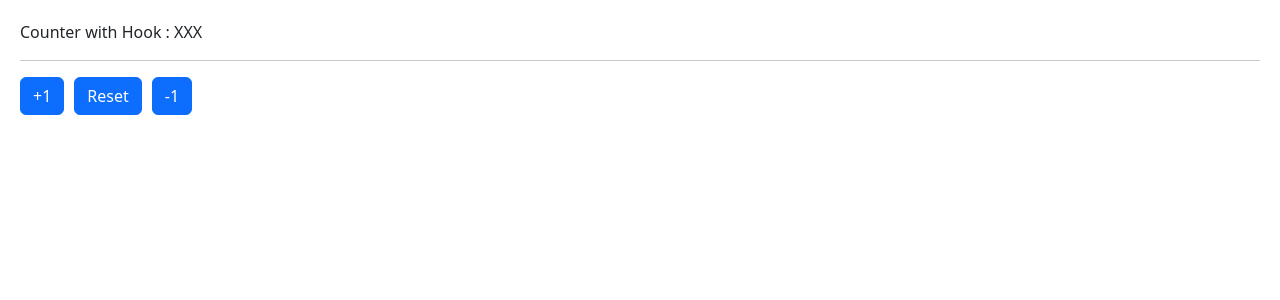
Repository: bryanesteban/hooks-App
Page: /
The author's editor kept a copy of each file at every save. The page is drawn from the files as they stood at one save, then again after the next save.
The browser window is 1280 px wide. The pictures show the whole page.
The project was rebuilt for these pictures with package versions that can differ from the ones it lists, and the page was loaded fresh each time. Also part of the build but not shown: vite.config.js, src/HooksApp.jsx, src/01-useState/CounterApp.jsx.

Above is the page before, as saved 2024-06-26 15:25:25.

### src/main.jsx
import React from 'react'
import ReactDOM from 'react-dom/client'
import './index.css'
import { HooksApp } from './HooksApp'
import { CounterApp } from './01-useState/CounterApp'
import { CounterWithCustomHook } from './01-useState/CounterWithCustomHook'

ReactDOM.createRoot(document.getElementById('root')).render(
  <React.StrictMode>
    <CounterWithCustomHook />
  </React.StrictMode>
)

### src/01-useState/CounterWithCustomHook.jsx



export const CounterWithCustomHook = () => {





  return (
    <>
    <div>Counter with Hook : XXX</div>
    <hr/>

    <button className="btn btn-primary">+1</button>
    <button className="btn btn-primary">Reset</button>
    <button className="btn btn-primary">-1</button>
    </>

  )
}

### src/01-useState/useCounter.jsx
import { useState } from "react"

export const useCounter = (initialValue = 10 ) => {

    const [Counter, setCounter] = useState(initialValue);




    return {
        counter,
    }

}

Loaded but not shown: index.html (common file); src/index.css (common file)

After the next save:
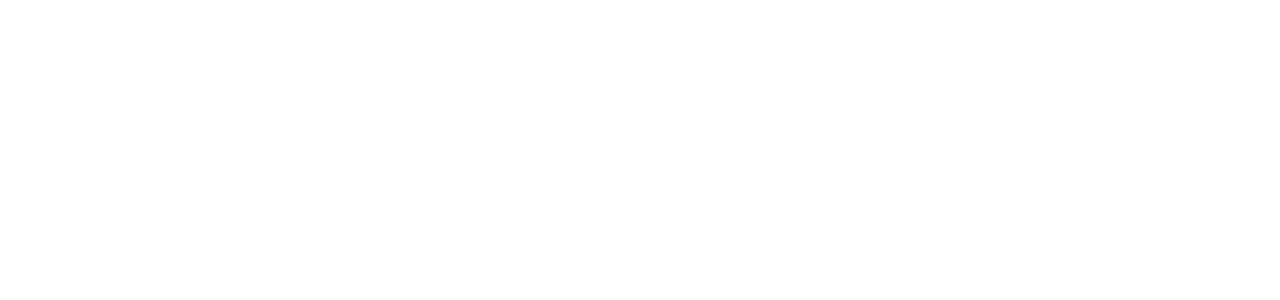
Console error: ReferenceError: counter is not defined
Saved 49 s later.
--- a/src/01-useState/CounterWithCustomHook.jsx
+++ b/src/01-useState/CounterWithCustomHook.jsx
@@ -1,9 +1,10 @@
+import { useCounter } from "./useCounter"
 
 
 
 export const CounterWithCustomHook = () => {
 
-
+    const { counter } = useCounter();
 
 
 

After the 3 saves that followed:
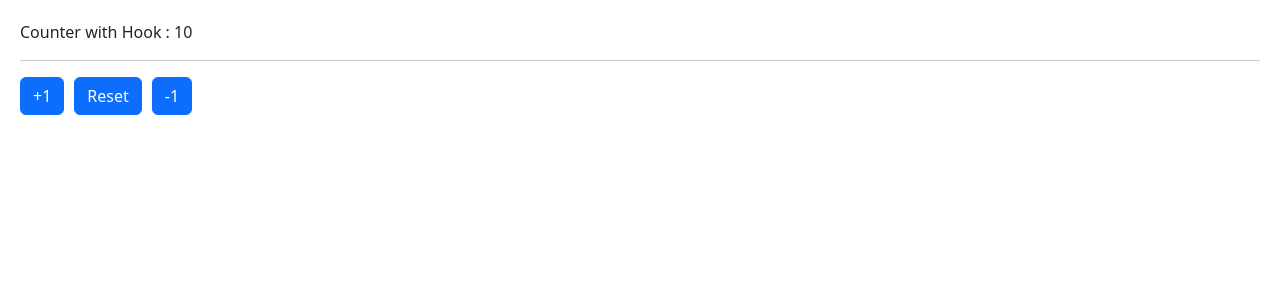
The error is gone.
The 3 saves are shown as one change because 2 left the picture as it was.
The last was saved 75 s later.
--- a/src/01-useState/CounterWithCustomHook.jsx
+++ b/src/01-useState/CounterWithCustomHook.jsx
@@ -10,7 +10,7 @@
 
   return (
     <>
-    <div>Counter with Hook : XXX</div>
+    <div>Counter with Hook : {counter}</div>
     <hr/>
 
     <button className="btn btn-primary">+1</button>
--- a/src/01-useState/useCounter.jsx
+++ b/src/01-useState/useCounter.jsx
@@ -2,10 +2,7 @@
 
 export const useCounter = (initialValue = 10 ) => {
 
-    const [Counter, setCounter] = useState(initialValue);
-
-
-
+    const [counter, setCounter] = useState(initialValue);
 
     return {
         counter,
